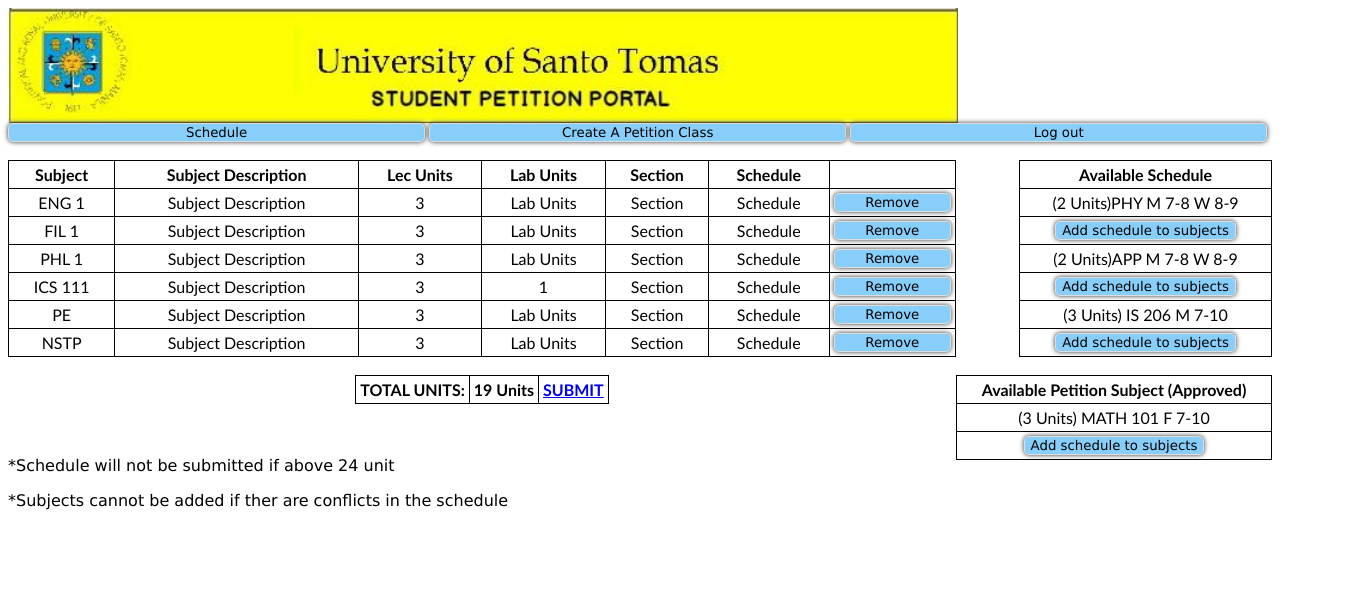
Repository: mawewatistel/PetitioningSystem
Page: http://localhost/SibuloTolentino/home.jsp
These files come from the project's save history. The page is drawn as it stood at one moment and after the next save; the edit follows.
The browser window is 1280 px wide. The page is 1280 px wide, then 1358 px, so the pictures cover 1358 px, including what lies to the right of the window. The pictures show the whole page.
The page is served by Tomcat 9.

Above is the page before, as saved 2016-05-10 04:20:50.

### SibuloTolentino/WebContent/home.jsp
<%@page language="java" contentType="text/html; charset=ISO-8859-1" pageEncoding="ISO-8859-1" %>
<!DOCTYPE html PUBLIC "-//W3C//DTD HTML 4.01 Transitional//EN" "http://www.w3.org/TR/html4/loose.dtd">
<html>
<head>
<meta http-equiv="Content-Type" content="text/html; charset=ISO-8859-1">
<title>Petition Class</title>
</head>
<body>
<form action ="home.jsp" method = "post">
<img src ="Images/ust.JPG" alt = "Missing Image!=" width = 950 height= ><br>
<input type="submit" name="one" id="remove" value="Schedule" style="width:33%" style="height:15%"/>
<input type="submit" name="two" id="remove" value="Create A Petition Class" style="width:33%" style="height:15%"/>
<input type="submit" name="three" id="remove" value="Log out" style="width:33%" style="height:15%"/></form>
<% if (request.getParameter("one") != null) {
    response.sendRedirect("home.jsp");
}
else if (request.getParameter("two") != null) {
    response.sendRedirect("create.jsp");
}
else if (request.getParameter("three") != null) {
    response.sendRedirect("index.jsp");
}
 %>
<br>
<table border="1" align="right" style ="width: 20%">
<tr>
<th> Available Schedule </th>
</tr>
<tr>
<td>(2 Units)PHY M 7-8 W 8-9</td>
</tr>
<tr>
<td><form><input type="submit" name="two" value="Add schedule to subjects"/></form></td>
</tr>
<tr>
<td> (2 Units)APP M 7-8 W 8-9 </td>
</tr>
<tr>
<td> <form><input type="submit" name="two" value="Add schedule to subjects"/></form></td>
</tr>
<tr>
<td>(3 Units) IS 206 M 7-10</td>
</tr>
<tr>
<td> <form><input type="submit" name="two" value="Add schedule to subjects"/></form></td>
</tr>
</table>
<table border="1" style ="width: 75%">
<tr>
<th> Subject </th>
<th> Subject Description</th>
<th> Lec Units</th>
<th> Lab Units</th>
<th> Section</th>
<th> Schedule </th>
</tr>
<tr>
<td>ENG 1</td>
<td> Subject Description </td>
<td>3</td>
<td>Lab Units</td>
<td>Section</td>
<td>Schedule</td>
<td><form><input type="submit"  name="three"value="Remove" style="width:100%"></form></td>
</tr>
<tr>
<td>FIL 1</td>
<td> Subject Description </td>
<td>3</td>
<td>Lab Units</td>
<td>Section</td>
<td>Schedule</td>
<td><form><input type="submit"  name="three" value="Remove" style="width:100%"></form></td>
</tr>
<tr>
<td>PHL 1</td>
<td> Subject Description </td>
<td>3</td>
<td>Lab Units</td>
<td>Section</td>
<td>Schedule</td>
<td><form><input type="submit"  name="three"value="Remove" style="width:100%"></form></td>
</tr>
<tr>
<td>ICS 111</td>
<td> Subject Description </td>
<td>3</td>
<td>1</td>
<td>Section</td>
<td>Schedule</td>
<td><form><input type="submit"  name="three"value="Remove" style="width:100%"></form></td>
</tr>
<tr>
<td>PE</td>
<td> Subject Description </td>
<td>3</td>
<td>Lab Units</td>
<td>Section</td>
<td>Schedule</td>
<td><form><input type="submit"  name="three"value="Remove" style="width:100%"></form></td>
</tr>
<tr>
<td>NSTP</td>
<td> Subject Description </td>
<td>3</td>
<td>Lab Units</td>
<td>Section</td>
<td>Schedule</td>
<td><form><input type="submit"  name="three"value="Remove" style="width:100%"></form></td>
</tr>
</table>
<br>
<table border="1" align="right" style="width: 25%">
<tr>
<th> Available Petition Subject (Approved)</th>
</tr>
<tr>
<td> (3 Units) MATH 101 F 7-10 </td>
</tr>
<tr>
<td> <form><input type="submit" name="two"  value="Add schedule to subjects" align="center"/></form></td>
</tr>
</table>
<table align="center">
<tr>
	<th>TOTAL UNITS:</th>
	<th>19 Units</th>
	<th><a href="submit.jsp"> SUBMIT</a>
</table>
<br><br>
<p>*Schedule will not be submitted if above 24 unit</p>
<p>*Subjects cannot be added if ther are conflicts in the schedule</p>
<style>
h1 {
	font-family: consolas;
	font-size: 300%;
	color: blue;
}

h2 {
	font-family: calibri;
}

p {
	font-family: "verdana";
}

input[type="text"] {
	background: white;
	border: 1px double black;
	border-radius: 5px;
	box-shadow: 0 0 5px yellow;
	color: black;
	outline: center;
	height: 25px;
	width: 275px;
	font-family: "verdana";
}
table, th, td {
border: 1px solid black;
border-collapse: collapse;
}
th, td {
padding: 4px;
text-align: center;
font-family: calibri;
}
input[type="submit"]{
    background: #87CEFA;
    border: 1px double #DDD;
    border-radius: 5px;
    box-shadow: 0 0 5px #333;
    color: ;
    outline: none;
    font-family: "verdana";
    font-color: black;
}
input.remove{
	height:30em;
}
</style>
</html>

After the next save:
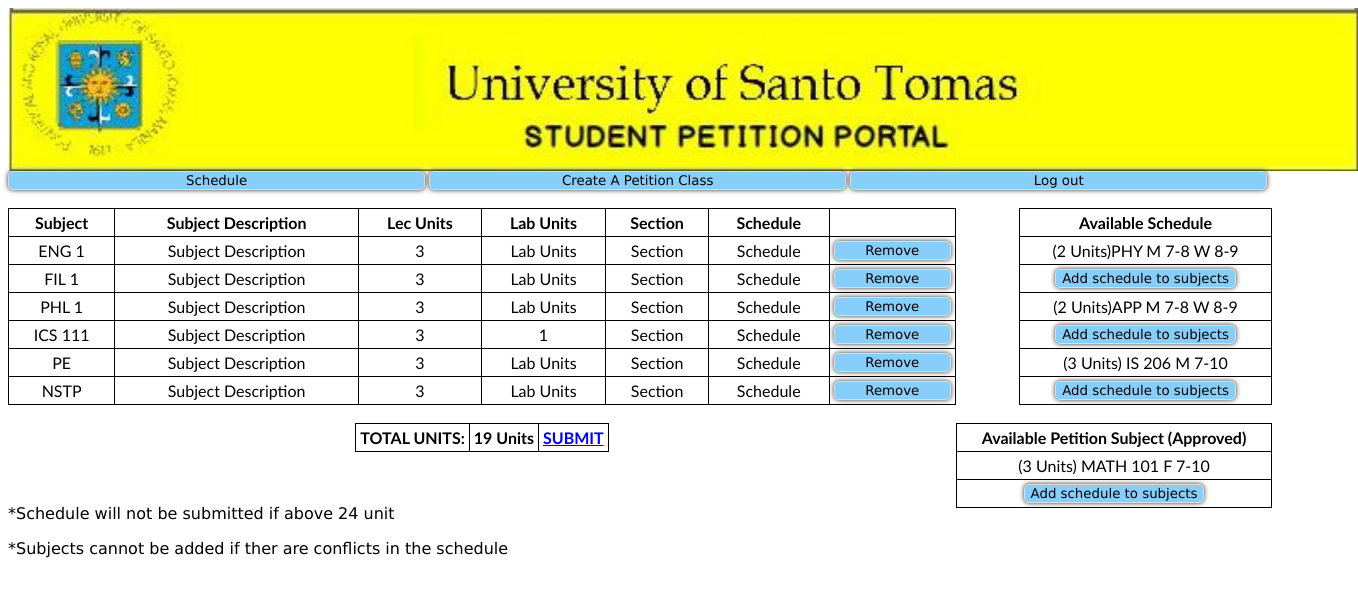
Saved 11 s later.
--- a/SibuloTolentino/WebContent/home.jsp
+++ b/SibuloTolentino/WebContent/home.jsp
@@ -7,7 +7,7 @@
 </head>
 <body>
 <form action ="home.jsp" method = "post">
-<img src ="Images/ust.JPG" alt = "Missing Image!=" width = 950 height= ><br>
+<img src ="Images/ust.JPG" alt = "Missing Image!=" width = 1350 height= ><br>
 <input type="submit" name="one" id="remove" value="Schedule" style="width:33%" style="height:15%"/>
 <input type="submit" name="two" id="remove" value="Create A Petition Class" style="width:33%" style="height:15%"/>
 <input type="submit" name="three" id="remove" value="Log out" style="width:33%" style="height:15%"/></form>
